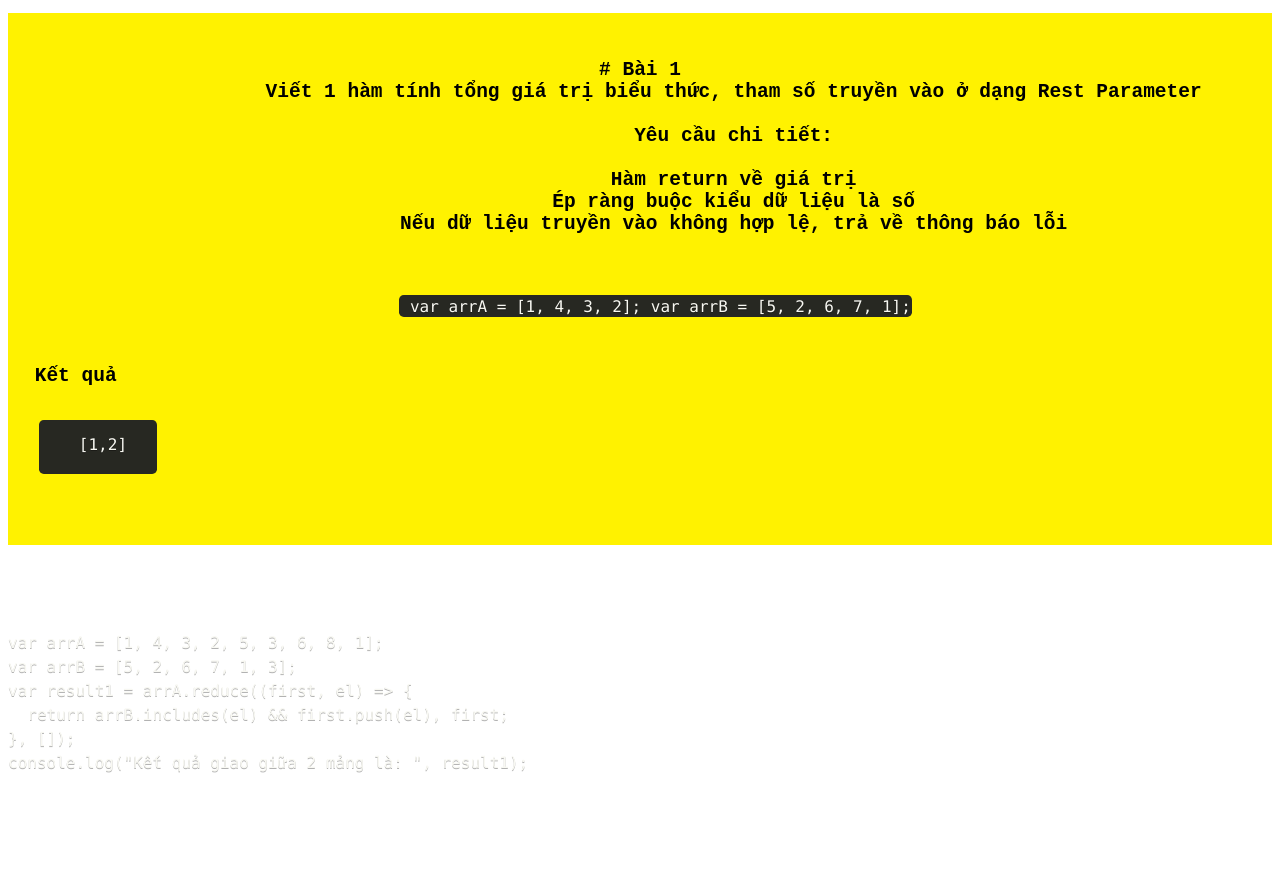
Repository: Dongnguyen318/Quydong
Page: Day 22/ex01.html
These files come from the project's save history. The page is drawn as it stood at one moment and after the next save; the edit follows.
The browser window is 1280 px wide. The pictures show the whole page.

Above is the page before, as saved 2023-08-29 23:46:44.

After the next save:
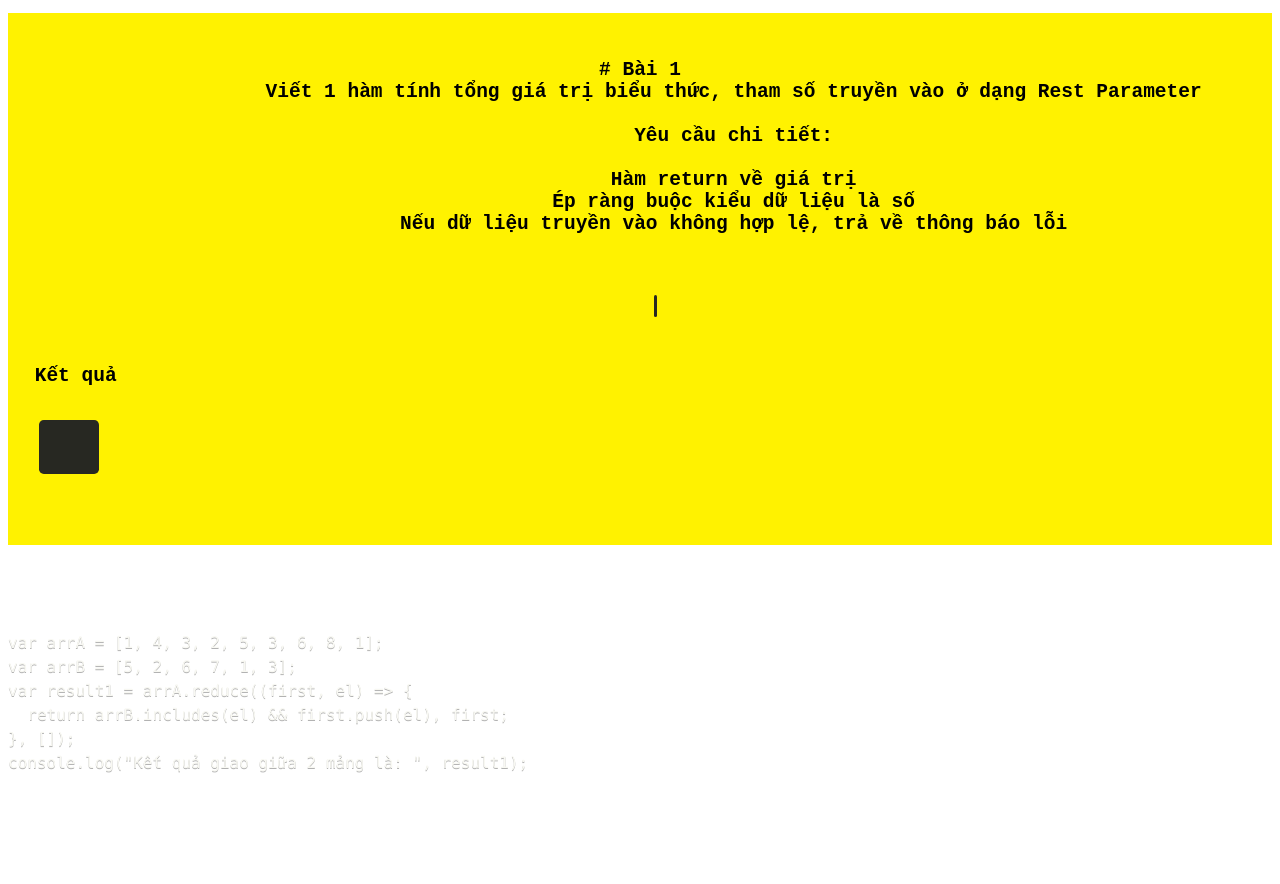
Saved 14 s later.
--- a/Day 22/ex01.html
+++ b/Day 22/ex01.html
@@ -23,12 +23,9 @@
                 Nếu dữ liệu truyền vào không hợp lệ, trả về thông báo lỗi</h2>
 <p style="text-align: center;">
     <code class="language-js">
-        var arrA = [1, 4, 3, 2];
-        var arrB = [5, 2, 6, 7, 1];
     </code>
     <h2 style="padding: 15px;" > Kết quả</h2>
     <code class="language-js" style="padding: 15px 30px 20px;">
-        [1,2]
     </code>
 
 
